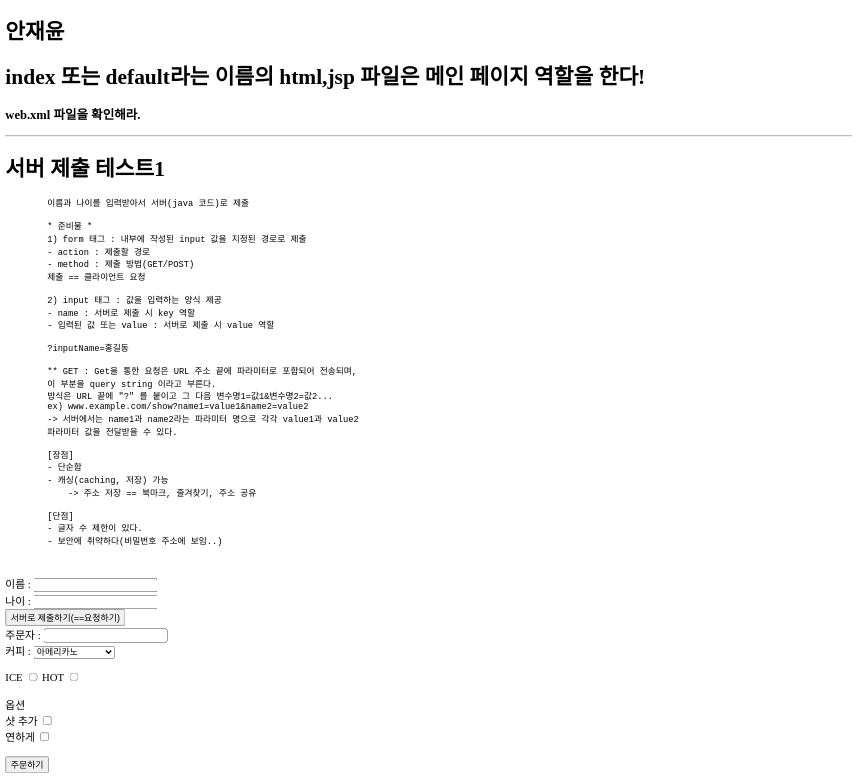
Repository: ahnjaeyoun/6_Server
Page: ServeltProject/src/main/webapp/index.html
These files come from the project's save history. The page is drawn as it stood at one moment and after the next save; the edit follows.
The browser window is 1280 px wide. The pictures show the whole page, at 67% of full size.

Above is the page before, as saved 2023-09-15 02:46:12.

### ServeltProject/src/main/webapp/index.html
<!DOCTYPE html>
<html lang="en">
<head>
    <meta charset="UTF-8">
    <meta name="viewport" content="width=device-width, initial-scale=1.0">
    <title>Servlet 프로젝트</title>
</head>
<body>
    <h1>안재윤</h1>
    <h1>index 또는 default라는 이름의 html,jsp 파일은 메인 페이지 역할을 한다!</h1>
    <h3>web.xml 파일을 확인해라.</h3>

    <hr>

    <h1>서버 제출 테스트1</h1>
    <pre>
        이름과 나이를 입력받아서 서버(java 코드)로 제출

        * 준비물 *
        1) form 태그 : 내부에 작성된 input 값을 지정된 경로로 제출
        - action : 제출할 경로
        - method : 제출 방법(GET/POST)
        제출 == 클라이언트 요청

        2) input 태그 : 값을 입력하는 양식 제공
        - name : 서버로 제출 시 key 역할
        - 입력된 값 또는 value : 서버로 제출 시 value 역할

        ?inputName=홍길동

        ** GET : Get을 통한 요청은 URL 주소 끝에 파라미터로 포함되어 전송되며,
        이 부분을 query string 이라고 부른다.
        방식은 URL 끝에 "?" 를 붙이고 그 다음 변수명1=값1&변수명2=값2...
        ex) www.example.com/show?name1=value1&name2=value2
        -> 서버에서는 name1과 name2라는 파라미터 명으로 각각 value1과 value2
        파라미터 값을 전달받을 수 있다.

        [장점]
        - 단순함
        - 캐싱(caching, 저장) 가능
            -> 주소 저장 == 북마크, 즐겨찾기, 주소 공유

        [단점]
        - 글자 수 제한이 있다.
        - 보안에 취약하다(비밀번호 주소에 보임..)

    </pre>


    <form action="/example1" method="GET">
        이름 : <input name="inputName">
        <br>
        나이 : <input type="number" name="inputAge">
        <br>
        <button>서버로 제출하기(==요청하기)</button>
    </form>


    <form action="/example2" method="get">
        주문자 : <input name="orderer">
        <br>

        <!-- option에 value없으면 작성된 내용이 value -->
        커피 : <select name="coffee">
            <option>아메리카노</option>
            <option>카페라떼</option>
            <option>카푸치노</option>
            <option>콜드브루</option>
            <option>민트초코칩프라페</option>
        </select>

        <br><br>
        ICE <input type="radio" name="type" value="ICE">
        HOT <input type="radio" name="type" value="HOT">

        <br><br>
        옵션 <br>
        샷 추가 <input type="checkbox" name="opt" value="shot">
        <br>
        연하게 <input type="checkbox" name="opt" value="mild">

        <br><br>
        <button>주문하기</button>
    </form>
</body>
</html>

After the next save:
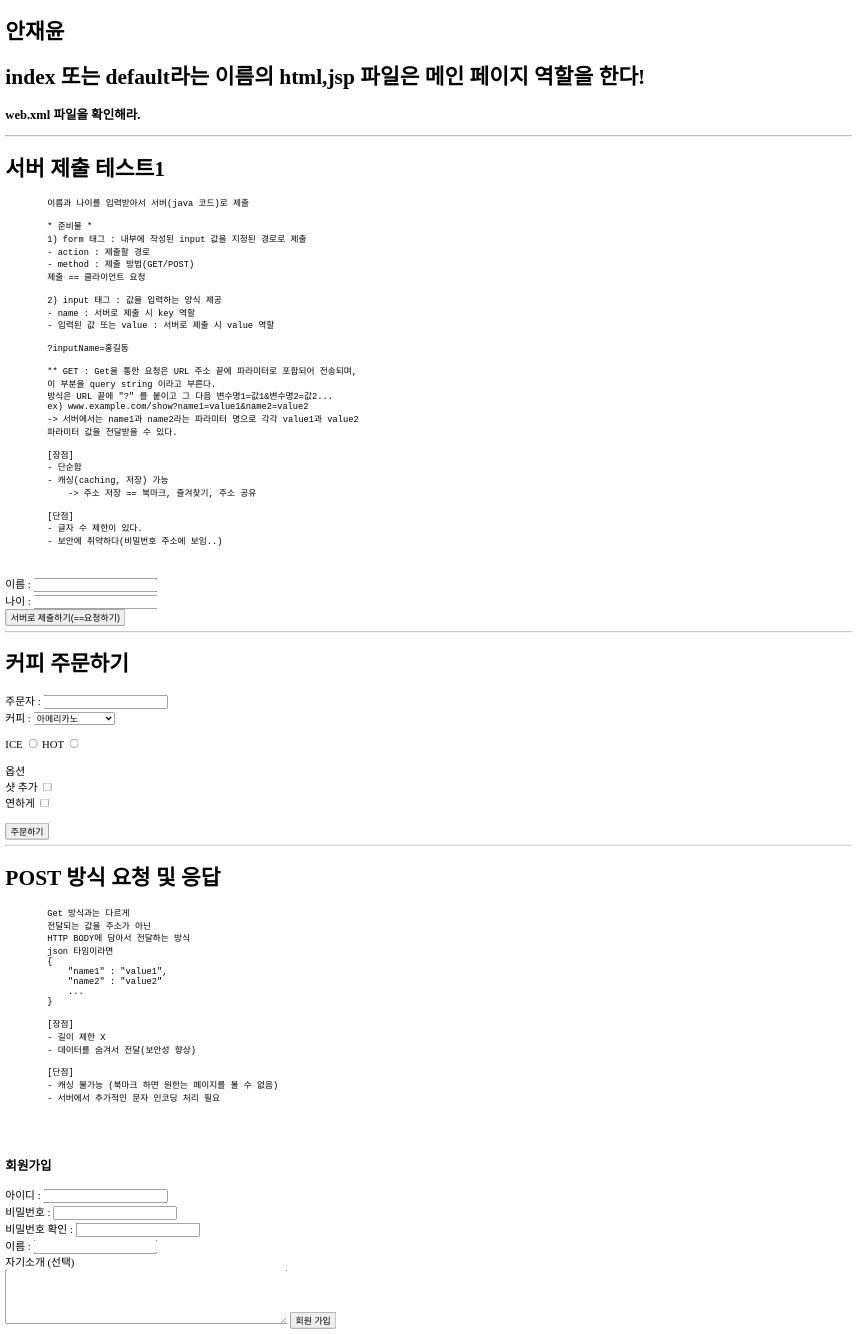
Saved 64 s later.
--- a/ServeltProject/src/main/webapp/index.html
+++ b/ServeltProject/src/main/webapp/index.html
@@ -55,6 +55,9 @@
         <button>서버로 제출하기(==요청하기)</button>
     </form>
 
+    <hr>
+    <h1>커피 주문하기</h1>
+
 
     <form action="/example2" method="get">
         주문자 : <input name="orderer">
@@ -82,5 +85,46 @@
         <br><br>
         <button>주문하기</button>
     </form>
+
+    <hr>
+
+    <h1>POST 방식 요청 및 응답</h1>
+    <pre>
+        Get 방식과는 다르게
+        전달되는 값을 주소가 아닌
+        HTTP BODY에 담아서 전달하는 방식
+        json 타임이라면
+        {
+            "name1" : "value1",
+            "name2" : "value2"
+            ...
+        }
+
+        [장점]
+        - 길이 제한 X
+        - 데이터를 숨겨서 전달(보안성 향상)
+
+        [단점]
+        - 캐싱 불가능 (북마크 하면 원한는 페이지를 볼 수 없음)
+        - 서버에서 추가적인 문자 인코딩 처리 필요
+
+
+
+    </pre>
+
+    <h3>회원가입</h3>
+
+    <form action="/signUp" method="post">
+        아이디 : <input type="text" name="inputId" required> <br>
+        비밀번호 : <input type="password" name="inputPw" required> <br>
+        비밀번호 확인 : <input type="password" required> <br>
+        이름 : <input name="inputName" required> <br>
+
+        자기소개 (선택) <br>
+        <textarea name="intro" cols="50" rows="5"></textarea>
+
+        <button>회원 가입</button>
+
+    </form>
 </body>
 </html>
